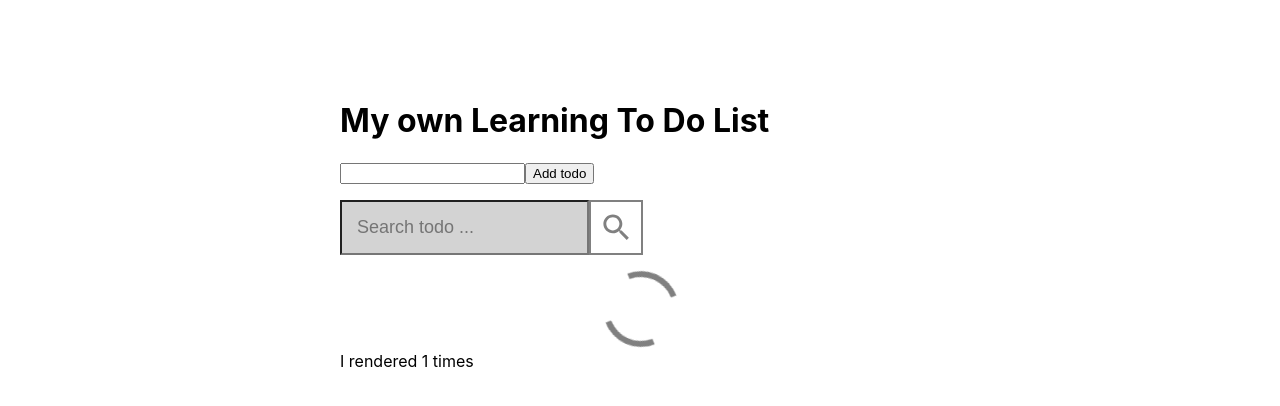
Repository: ArusyakAghajanyan/To-Do
Page: /
An editor plug-in stored every save of this project. The page is shown before and after the next save, followed by the edit.
The browser window is 1280 px wide. The pictures show the whole page.
The page's requests for data from a server got no answer. The project was rebuilt for these pictures with package versions that can differ from the ones it lists, and the page was loaded fresh each time. No one was signed in, and anything a server would have sent is missing. Also part of the build but not shown: src/Todo/TodoItem.js, src/Todo/TodoList.js.

Above is the page before, as saved 2022-03-16 16:00:33.

### src/index.css
body {
  margin: 0;
  font-family: -apple-system, BlinkMacSystemFont, 'Segoe UI', 'Roboto', 'Oxygen',
    'Ubuntu', 'Cantarell', 'Fira Sans', 'Droid Sans', 'Helvetica Neue',
    sans-serif;
  -webkit-font-smoothing: antialiased;
  -moz-osx-font-smoothing: grayscale;
}

code {
  font-family: source-code-pro, Menlo, Monaco, Consolas, 'Courier New',
    monospace;
}
.wrapper {
  padding-top: 5rem;
  margin: 0 auto;
  width: 600px;
}
.rm {
  background: gray;
  border-radius: 50%;
  color:#fff;
  border: none;
}

.done {
  text-decoration: line-through;
}

.lds-dual-ring {
  display: inline-block;
  width: 90px;
  height: 80px;
}

.lds-dual-ring:after {
  content: " ";
  display: block;
  width: 64px;
  height: 64px;
  margin: 8px;
  border-radius: 50%;
  border: 6px solid gray;
  border-color: gray transparent gray transparent;
  animation: lds-dual-ring 1.2s linear infinite;
}
@keyframes lds-dual-ring {
  0% {
    transform: rotate(0deg);
  }
  100% {
    transform: rotate(360deg);
  }
}

### src/App.js
import React, { useEffect, useRef, useState } from 'react'
import TodoList from './Todo/TodoList'
import Context from './context'
import Loader from './Loader'
import SearchBar from './Search/SearchBar'

const AddTodo = React.lazy(
  () =>
  new Promise(resolve => {
    setTimeout(() => {
      resolve(import('./Todo/AddTodo'))
    }, 3000)
  })
  )

function App() {
  const [todos, setTodos] = useState([])
    // { id: 1, completed: false, title: 'Learn HTML, CSS'},
    // { id: 2, completed: true, title: 'Learn Js'},
    // { id: 3, completed: false, title: 'Learn React'},
    // { id: 4, completed: false, title: 'Learn Java'}
  const [loading, setLoading] = useState(true)
  const renderCount = useRef(0)
  const[data,setData] = useState([])

  useEffect(() => {
    renderCount.current = renderCount.current + 1
  })


useEffect(() => {
  fetch('https://jsonplaceholder.typicode.com/todos?_limit=5')
    .then(response => response.json())
    .then(todos => {
      setTimeout(() => {
        setTodos(todos)
        setLoading(false)
      }, 2000)
    })
}, [])

  function toggleTodo(id){
    setTodos(
    todos.map(todo => {
    if (todo.id === id) {
      todo.completed = !todo.completed
    }
    return todo
    })
    )
  }

  function removeTodo(id){
   setTodos(todos.filter(todo => todo.id !== id))
  }

  function addTodo(title) {
    setTodos(todos.concat([{
      title,
      id: Date.now(),
      completed: false
    }]))
  }
  function searchResult(data){
    console.log("data=", data)
    setData(data)
  }
  return (
    <Context.Provider value={{ removeTodo }}>
    <div className='wrapper'>
      <h1>My own Learning To Do List</h1>
      <React.Suspense fallback={<p>Loading...</p>}>

      <AddTodo onCreate={addTodo} />
      <SearchBar placeholder="Search todo ..." data={todos}  filterData={searchResult} />
      </React.Suspense>
      {loading && <Loader />}
      {todos.length ? (
      <TodoList todos={data.length > 0 ? data : todos} onToggle={toggleTodo} />
      ) : loading ? null : (
        <p>No todos!</p>
       )}
       <div> I rendered {renderCount.current} times </div>
       <div >

    </div>

    </div>
    </Context.Provider>

  )
}

export default App

// className="App"
//

### src/Loader.js
import React from 'react'

export default () => <div style={{display: 'flex', justifyContent: 'center', margin: '.5rem' }}>
    <div className="lds-dual-ring" /></div>

### src/Search/SearchBar.js
import React, { useState, useEffect } from "react";
import "./SearchBar.css";
import SearchIcon from '@mui/icons-material/Search';
import CloseIcon from '@mui/icons-material/Close';

function SearchBar({ placeholder, data, filterData }) {
  const [filteredData, setFilteredData] = useState([]);
  const [wordEntered, setWordEntered] = useState("");

  const handleFilter = (event) => {
    const searchWord = event.target.value;
    setWordEntered(searchWord);
    const newFilter = data.filter((value) => {
      return value.title.toLowerCase().includes(searchWord.toLowerCase());
    });

    if (searchWord === "") {
      setFilteredData([]);
    } else {
      setFilteredData(newFilter);
    }
  };

  const clearInput = () => {
    setFilteredData([]);
    setWordEntered("");
  };

 useEffect(() => {
  filterData(filteredData)

 }, [filteredData])


  return (
    <div className="search">
      <div className="searchInputs">
        <input
          type="text"
          placeholder={placeholder}
          value={wordEntered}
          onChange={handleFilter}

        />
        <div className="searchIcon">
          {filteredData.length === 0 ? (
            <SearchIcon />
          ) : (
            <CloseIcon id="clearBtn" onClick={clearInput} />
          )}
        </div>
      </div>

    </div>
  );

}

export default SearchBar;

### src/Todo/AddTodo.js
import React, { useState } from "react";
import PropTypes from "prop-types";

function useInputValue(defaultValue = " ") {
  const [value, setValue] = useState(defaultValue);
  return {
    bind: {
      value,
      onChange: (event) => setValue(event.target.value),
    },
    clear: () => setValue(""),
    value: () => value,
  };
}

function AddTodo({ onCreate }) {
  const input = useInputValue(" ");

  function submitHandler(event) {
    event.preventDefault();

    if (input.value().trim()) {
      onCreate(input.value());
      input.clear();
    }
  }

  return (
    <form style={{ marginBottom: "1rem" }} onSubmit={submitHandler}>
      <input {...input.bind} />
      <button type="submit">Add todo</button>
    </form>
  );
}

AddTodo.propTypes = {
  onCreate: PropTypes.func.isRequired,
};

export default AddTodo;

### src/Search/SearchBar.css
.searchInputs {
    margin-top: 0px;
    display: flex;
  }

  .search input{
    background-color: lightgray;
    border-top-right-radius: 0px;
    border-bottom-right-radius: 0px;
    font-size: 18px;
    padding: 15px;
    width: 215px;
  }

  .searchIcon {
    background-color: lightgray;
    border: 2px solid gray;
    width: 50px;
    background-color: white;
    display: grid;
    place-items: center;
    color: gray;
  }

  input:focus {
    outline: none;
  }
  .searchIcon svg {
    font-size: 35px;
  }

  /* .dataResult {
    margin-top: 0px;
    width: 300px;
    height: 200px;
    background-color: lightgray;
    box-shadow: rgba(0, 0, 0, 0.35) 0px 5px 15px;
    overflow: hidden;
    overflow-y: auto;
    position: absolute;
  } */

  /* .dataResult::-webkit-scrollbar {
    display: none;
  } */

  /* .dataResult .dataItem {
    width: 100%;
    height: 50px;
    display: flex;
    align-items: center;
    color: black;
  } */

  /* .dataItem p {
    margin-left: 10px;
  }
  a {
    text-decoration: none;
  } */

  /* a:hover {
    background-color: lightgrey;
  } */

  #clearBtn {
    cursor: pointer;
  }

Loaded but not shown: public/index.html (common file); src/index.js (common file); src/reportWebVitals.js (common file); src/context.js (common file)

After the next save:
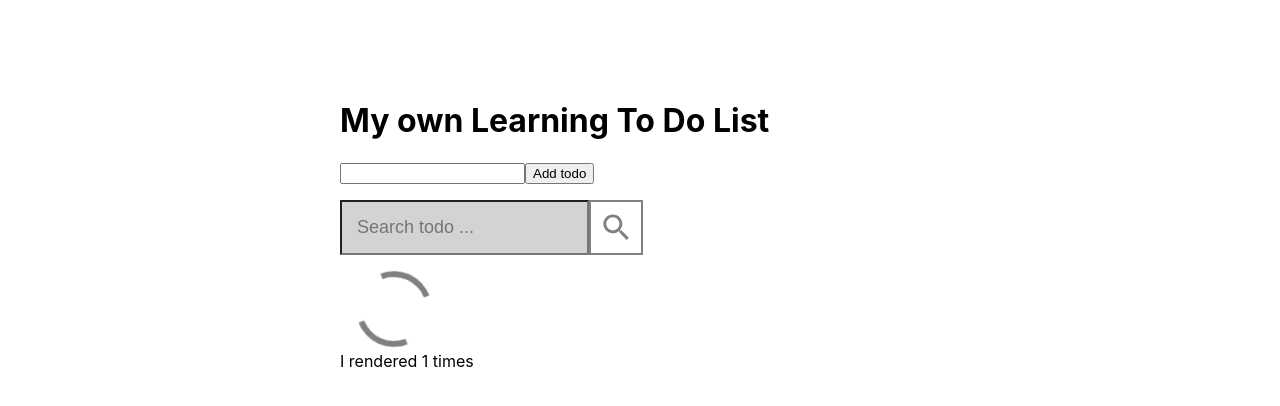
Saved 10 s later.
--- a/src/index.css
+++ b/src/index.css
@@ -29,7 +29,7 @@ code {
 
 .lds-dual-ring {
   display: inline-block;
-  width: 90px;
+  width:1000px;
   height: 80px;
 }
 
